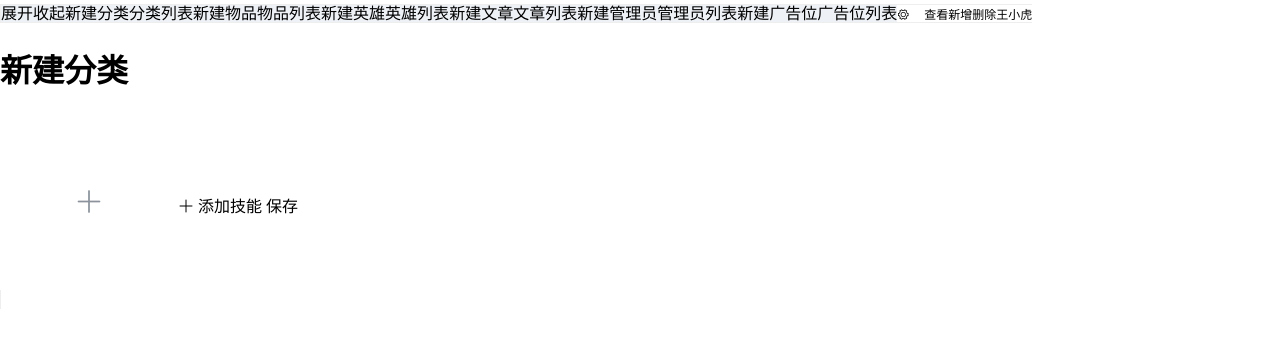
Repository: zqw980624/aaa
Page: /hero/create (app in admin/)
An editor plug-in stored every save of this project. The page is shown before and after the next save, followed by the edit.
The browser window is 1280 px wide. The pictures show the whole page.
The page's requests for data from a server got no answer. The project was rebuilt for these pictures with package versions that can differ from the ones it lists, and the page was loaded fresh each time. No one was signed in, and anything a server would have sent is missing. Also part of the build but not shown: admin/src/views/CategoryEditor.vue, admin/src/views/CategoryList.vue, admin/src/views/ItemList.vue, admin/src/views/HeroList.vue, admin/src/views/ArticleEditor.vue, admin/src/views/ArticleList.vue, admin/src/views/AdsList.vue, admin/src/views/AdministratorEditor.vue and 1 more. Imported but missing from the stored project, and not drawn on this page: admin/src/plugins/element.js.

Above is the page before, as saved 2020-03-09 22:42:15.

After the next save:
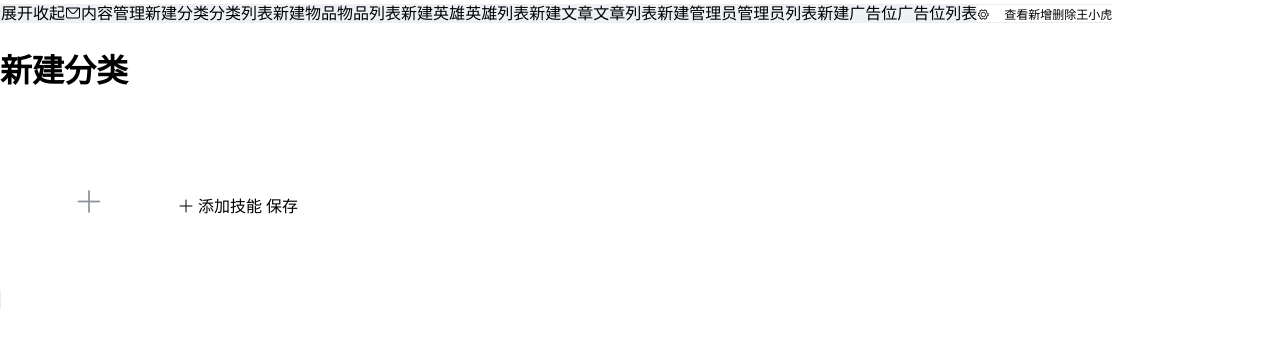
Saved 3 min 22 s later.
--- a/admin/src/views/Main.vue
+++ b/admin/src/views/Main.vue
@@ -17,9 +17,8 @@
           <el-radio-button :label="true">收起</el-radio-button>
         </el-radio-group>
         <el-submenu index="1">
-          <template slot="title">
-            <i class="el-icon-message"></i>内容管理
-          </template>
+          <i class="el-icon-message"></i>
+          <span slot="title">内容管理</span>
           <el-menu-item-group>
             <template slot="title">分类</template>
             <el-menu-item index="/category/create">新建分类</el-menu-item>

After the save that followed:
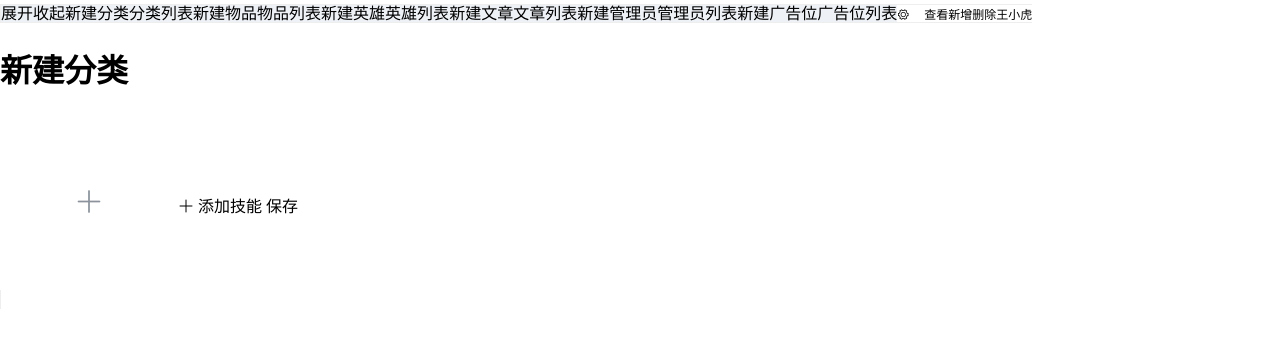
Saved 2 min 5 s later.
--- a/admin/src/views/Main.vue
+++ b/admin/src/views/Main.vue
@@ -17,8 +17,14 @@
           <el-radio-button :label="true">收起</el-radio-button>
         </el-radio-group>
         <el-submenu index="1">
-          <i class="el-icon-message"></i>
-          <span slot="title">内容管理</span>
+          <!-- <template slot="title">
+            <i class="el-icon-message"></i>
+            <span slot="title">内容管理</span>
+          </template>-->
+          <template slot="title">
+            <i class="el-icon-location"></i>
+            <span slot="title">导航一</span>
+          </template>
           <el-menu-item-group>
             <template slot="title">分类</template>
             <el-menu-item index="/category/create">新建分类</el-menu-item>
